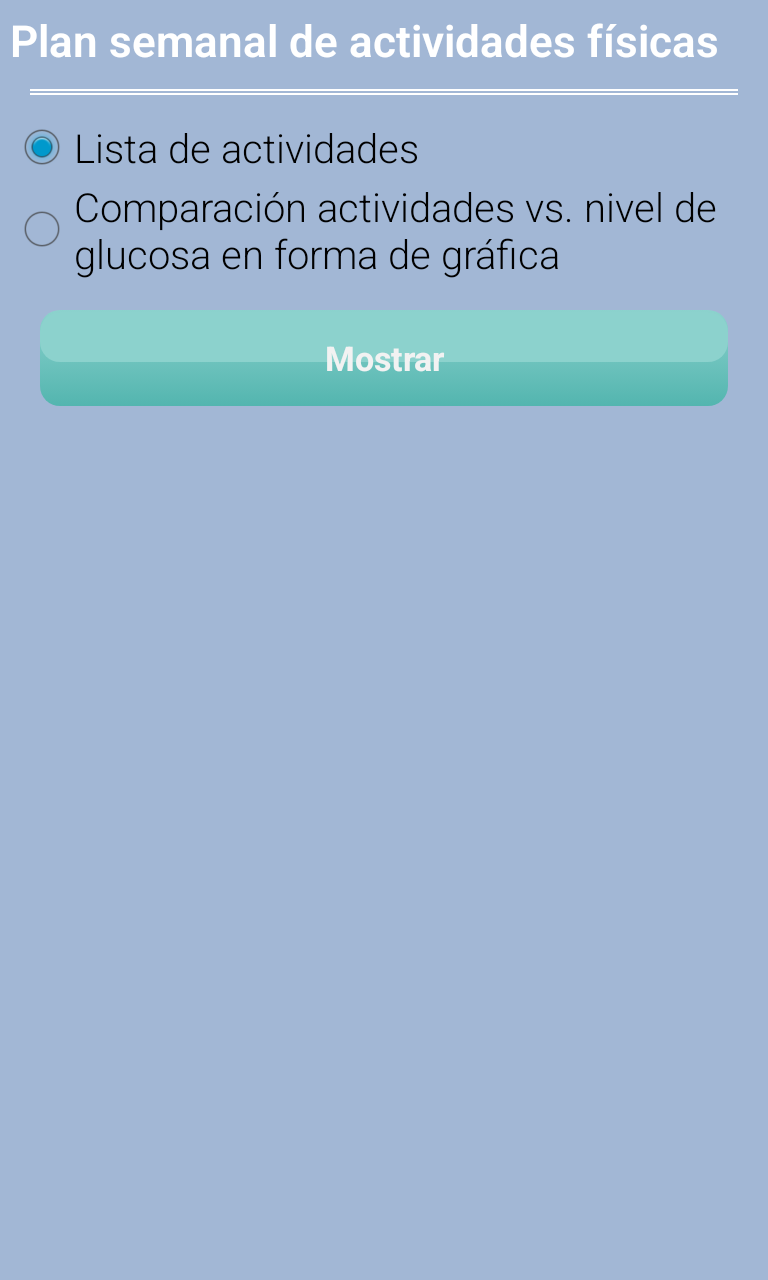
Repository: HectorGarciaMiguel/ssii-diabetes-060036
Layout: SeguimientoDiabetes/res/layout/activity_opciones_mostrar_actividades.xml
An editor plug-in stored every save of this project. The layout is shown before and after the next save, followed by the edit.
It is drawn on a 768 x 1280 px phone screen (xhdpi) without system bars, with theme AppTheme; the app's code is not run.

Above is the layout before, as saved 2015-11-20 11:11:02.

After the next save:
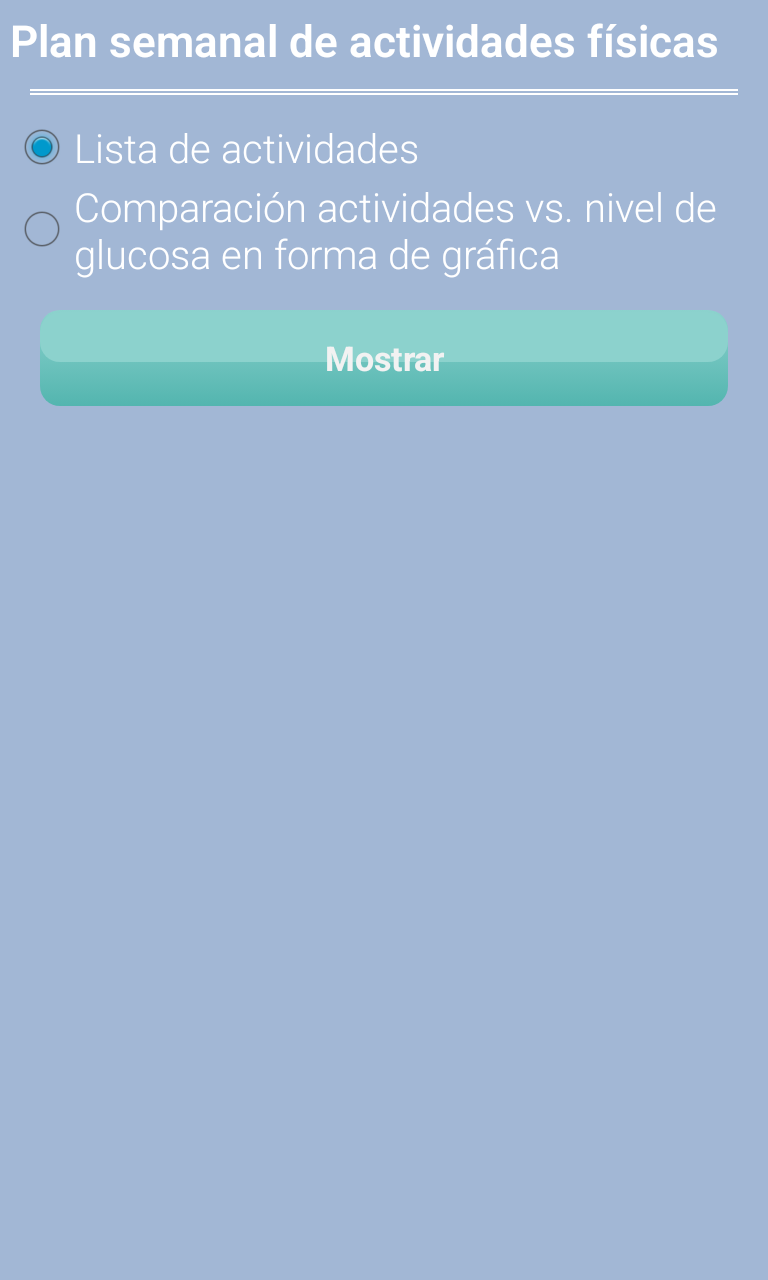
Saved 82 s later.
--- a/SeguimientoDiabetes/res/layout/activity_opciones_mostrar_actividades.xml
+++ b/SeguimientoDiabetes/res/layout/activity_opciones_mostrar_actividades.xml
@@ -60,12 +60,14 @@
               android:id="@+id/rdbOne"
               android:layout_width="wrap_content"
               android:layout_height="wrap_content"
+          	  style="@style/RobotoStyle"
               android:text="Lista de actividades" />
 
           <RadioButton
               android:id="@+id/rdbTwo"
               android:layout_width="wrap_content"
               android:layout_height="wrap_content"
+          	  style="@style/RobotoStyle"
               android:text="Comparación actividades vs. nivel de glucosa en forma de gráfica" />
       </RadioGroup>
   	</LinearLayout>
